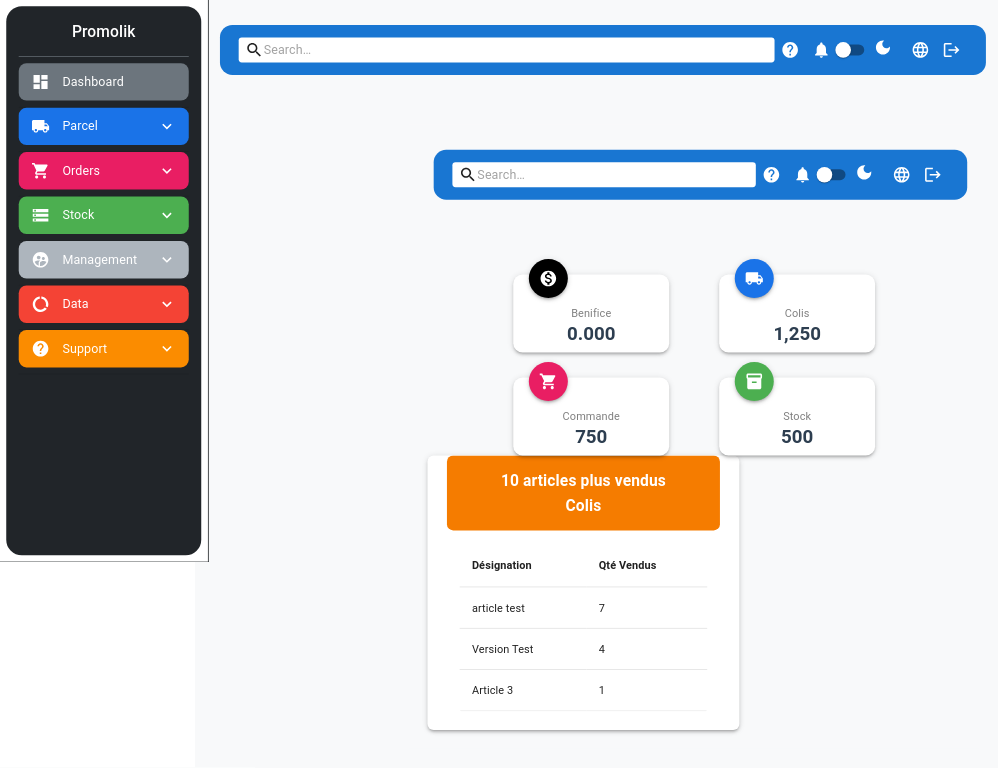
Repository: yosrjdly/stk
Page: /dashboard (app in dashboard/)
An editor plug-in stored every save of this project. The page is shown before and after the next save, followed by the edit.
The browser window is 1280 px wide. The pictures show the whole page, at 78% of full size.
The project was rebuilt for these pictures with package versions that can differ from the ones it lists, and the page was loaded fresh each time. The framework's server and built-in components were replaced by stand-ins that run in the browser. Also part of the build but not shown: dashboard/next.config.ts.

Above is the page before, as saved 2025-02-14 18:16:02.

### dashboard/src/app/dashboard/Layout.tsx
"use client";

import { Box, CssBaseline, Toolbar } from "@mui/material";
import Sidebar from "../../componenets/sidebar/SideBar";
import Navbar from "../../componenets/navbar/Navbar"; // Assuming you have a Navbar component
import { ReactNode } from "react";

interface LayoutProps {
  children: ReactNode;
}

export default function Layout({ children }: LayoutProps) {
  return (
    <Box sx={{ display: "flex" }}>
      <CssBaseline />

      {/* Sidebar (Permanent) */}
      <Sidebar />

      {/* Main Content Area */}
      <Box
        component="main"
        sx={{

          flexGrow: 1,
          p: 3,
          width: `calc(100% - 250px)`, // Adjusting main content width to fit sidebar
          backgroundColor: "#f8f9fa",
          minHeight: "100vh",
        }}
      >
        {/* Navbar */}
        <Navbar />

        {/* Page Content */}
        <Toolbar /> {/* Keeps content from being hidden behind Navbar */}
        {children}
      </Box>
    </Box>
  );
}

### dashboard/src/app/dashboard/page.tsx
import DashboardStats from "@/componenets/cards/smallCard/StatisticCard";
import Layout from "../dashboard/Layout";
import TopSellingCard from "@/componenets/cards/mediumCard/TopSellingCard";

export default function DashboardHome() {
  return (
    <Layout>
    <DashboardStats/>
    <TopSellingCard/>
    </Layout>
  );
}

### dashboard/src/componenets/sidebar/SideBar.tsx
"use client";

import { useState } from "react";
import { useRouter, usePathname } from "next/navigation";
import {
  Drawer,
  List,
  ListItemButton,
  ListItemText,
  Collapse,
  Divider,
  Typography,
  Box,
  IconButton,
} from "@mui/material";
import { ExpandLess, ExpandMore, Brightness4, Brightness7 } from "@mui/icons-material";
import DashboardIcon from '@mui/icons-material/Dashboard';
import LocalShippingIcon from '@mui/icons-material/LocalShipping';
import ShoppingCartIcon from '@mui/icons-material/ShoppingCart';
import StorageIcon from '@mui/icons-material/Storage';
import SupervisedUserCircleIcon from '@mui/icons-material/SupervisedUserCircle';
import DataUsageIcon from '@mui/icons-material/DataUsage';
import HelpIcon from '@mui/icons-material/Help';

const menuItems = [
  {
    title: "Dashboard",
    path: "/dashboard",
    color: "#6c757d",
    icon: <DashboardIcon />,
  },
  {
    title: "Parcel",
    subItems: [
      { title: "Exchange List", path: "/dashboard/parcel/exchangeList" },
      { title: "Exchange Return", path: "/dashboard/parcel/exchangeReturn" },
      { title: "Exchange Creation", path: "/dashboard/parcel/exchangeCreation" },
      { title: "Package Creation", path: "/dashboard/parcel/packageCreation" },
      { title: "Package Edit", path: "/dashboard/parcel/packageEdit" },
      { title: "Package List", path: "/dashboard/parcel/packageList" },
      { title: "Parcel Return", path: "/dashboard/parcel/parcelReturn" },
    ],
    color: "#1a73e8",
    icon: <LocalShippingIcon />,
  },
  {
    title: "Orders",
    subItems: [
      { title: "Cash Sale", path: "/dashboard/orders/cashSale" },
      { title: "Orders", path: "/dashboard/orders/orders" },
    ],
    color: "#e91e63",
    icon: <ShoppingCartIcon />,
  },
  {
    title: "Stock",
    subItems: [
      { title: "Add Article", path: "/dashboard/stock/addArticle" },
      { title: "Entred Stock", path: "/dashboard/stock/entredStock" },
      { title: "Notification", path: "/dashboard/stock/notification" },
      { title: "Stock", path: "/dashboard/stock/stock" },
    ],
    color: "#4caf50",
    icon: <StorageIcon />,
  },
  {
    title: "Management",
    subItems: [
      { title: "Delivery Company", path: "/manegement/deliveryCompany" },
      { title: "Profile", path: "/dashboard/management/profile" },
      { title: "Profit", path: "/dashboard/management/profit" },
      { title: "Spending", path: "/dashboard/management/spending" },
      { title: "User", path: "/dashboard/management/user" },
    ],
    color: "#adb5bd",
    icon: <SupervisedUserCircleIcon />,
  },
  {
    title: "Data",
    subItems: [
      { title: "Archived Parcel", path: "/dashboard/data/archivedParcel" },
      { title: "Command Deleted", path: "/dashboard/data/commandDeleted" },
      { title: "Deleted Parcel", path: "/dashboard/data/deletedParcel" },
      { title: "Inventory Removed", path: "/dashboard/data/inventoryRemoved" },
    ],
    color: "#f44335",
    icon: <DataUsageIcon />,
  },
  {
    title: "Support",
    subItems: [
      { title: "About Us", path: "/dashboard/support/aboutUs" },
      { title: "Claims", path: "/dashboard/support/claims" },
      { title: "User Guide", path: "/dashboard/support/userGuide" },
    ],
    color: "#fb8c00",
    icon: <HelpIcon />,
  },
];

export default function Sidebar() {
  const router = useRouter();
  const pathname = usePathname();
  const [openSections, setOpenSections] = useState<Record<string, boolean>>({});

  const toggleSection = (title: string) => {
    setOpenSections((prev) => ({
      ...prev,
      [title]: !prev[title],
    }));
  };

  return (
    <Drawer variant="permanent" sx={{ width: 250, flexShrink: 0, marginTop: 2 }}>
      <Box sx={{ height: "100%", width: 250, padding: 2, backgroundColor: "#212529", borderRadius: 5, margin: 1 }}>
        <Typography variant="h6" sx={{ color: "white", textAlign: "center", mb: 2 }}>
          Promolik
        </Typography>
        <Divider sx={{ backgroundColor: "#6c757d" }} />
        <List>
          {menuItems.map((item, index) => {
            const isParentActive = item.subItems?.some((subItem) => pathname === subItem.path);

            return (
              <div key={index}>
                {item.subItems ? (
                  <>
                    <ListItemButton
                      sx={{
                        backgroundColor: item.color,
                        borderRadius: "10px",
                        marginBottom: 1,
                        color: "white",
                      }}
                      onClick={() => toggleSection(item.title)}
                    >
                      {item.icon}
                      <ListItemText primary={item.title} sx={{ ml: 2 }} />
                      {openSections[item.title] ? <ExpandLess /> : <ExpandMore />}
                    </ListItemButton>
                    <Collapse in={openSections[item.title]} timeout="auto" unmountOnExit>
                      <List component="div" disablePadding>
                        {item.subItems.map((subItem, subIndex) => (
                          <ListItemButton
                            key={subIndex}
                            sx={{
                              pl: 4,
                              backgroundColor: pathname === subItem.path ? item.color : "transparent",
                              borderRadius: pathname === subItem.path ? "10px" : "0px",
                              marginBottom: 1,
                              color: pathname === subItem.path ? "white" : "#ccc",
                            }}
                            onClick={() => router.push(subItem.path)}
                          >
                            <ListItemText primary={subItem.title} />
                          </ListItemButton>
                        ))}
                      </List>
                    </Collapse>
                  </>
                ) : (
                  <ListItemButton
                    sx={{
                      backgroundColor: pathname === item.path ? item.color : "transparent",
                      borderRadius: pathname === item.path ? "10px" : "0px",
                      marginBottom: 1,
                      color: pathname === item.path ? "white" : "#ccc",
                    }}
                    onClick={() => router.push(item.path)}
                  >
                    {item.icon}
                    <ListItemText primary={item.title} sx={{ ml: 2 }} />
                  </ListItemButton>
                )}
                <Divider />
              </div>
            );
          })}
        </List>
      </Box>
    </Drawer>
  );
}

### dashboard/src/componenets/navbar/Navbar.tsx
'use client';

import React, { useState } from 'react';
import { AppBar, Toolbar, IconButton, InputBase, Menu, MenuItem, Switch, FormControlLabel } from '@mui/material';
import { Search as SearchIcon, Help as HelpIcon, Notifications as NotificationsIcon, Language as LanguageIcon, Logout as LogoutIcon, DarkMode as DarkModeIcon } from '@mui/icons-material';
import { useTheme } from '@mui/material/styles';

const Navbar = () => {
  const [anchorEl, setAnchorEl] = useState(null);
  const [themeMode, setThemeMode] = useState(false); // Dark mode state

  const theme = useTheme();

  const handleMenuOpen = (event) => {
    setAnchorEl(event.currentTarget);
  };

  const handleMenuClose = () => {
    setAnchorEl(null);
  };

  const toggleTheme = () => {
    setThemeMode((prev) => !prev);
    // You can add a theme switcher logic here (like changing the theme color)
  };

  return (
    <AppBar
      position="sticky"
      sx={{
        mx: 1,
        mt: 1,
        borderRadius: '16px',
        boxShadow: 'none',
        backdropFilter: 'blur(10ppx',
        zIndex: 1200,
      }}
    >
      <Toolbar>
        {/* Search Bar */}
        <InputBase
          placeholder="Search…"
          startAdornment={<SearchIcon />}
          sx={{ flexGrow: 1, backgroundColor: theme.palette.background.default, borderRadius: '4px', paddingLeft: '8px' }}
        />

        {/* Help Icon */}
        <IconButton color="inherit" onClick={handleMenuOpen}>
          <HelpIcon />
        </IconButton>

        {/* Notifications Icon */}
        <IconButton color="inherit">
          <NotificationsIcon />
        </IconButton>

        {/* Theme Switch */}
        <FormControlLabel
          control={<Switch checked={themeMode} onChange={toggleTheme} />}
          label={<DarkModeIcon />}
        />

        {/* Language Icon */}
        <IconButton color="inherit">
          <LanguageIcon />
        </IconButton>

        {/* Logout Icon */}
        <IconButton color="inherit">
          <LogoutIcon />
        </IconButton>
      </Toolbar>

      {/* Help Icon Menu */}
      <Menu
        anchorEl={anchorEl}
        open={Boolean(anchorEl)}
        onClose={handleMenuClose}
      >
        <MenuItem onClick={handleMenuClose}>Help Center</MenuItem>
        <MenuItem onClick={handleMenuClose}>Contact Support</MenuItem>
      </Menu>
    </AppBar>
  );
};

export default Navbar;

### dashboard/src/componenets/cards/smallCard/StatisticCard.tsx
'use client';

import React from 'react';
import { Card, CardContent, Typography, Box } from '@mui/material';
import MonetizationOnIcon from '@mui/icons-material/MonetizationOn';
import LocalShippingIcon from '@mui/icons-material/LocalShipping';
import ShoppingCartIcon from '@mui/icons-material/ShoppingCart';
import InventoryIcon from '@mui/icons-material/Inventory';

const StatisticCard = ({
  title,
  value,
  icon,
  bgColor,
}: {
  title: string;
  value: string;
  icon: React.ReactNode;
  bgColor: string;
}) => {
  return (
    <Box sx={{ position: 'relative', display: 'inline-block', mx: 2 }}>
      {/* Floating Icon */}
      <Box
        sx={{
          position: 'absolute',
          top: -20,
          left: 20,
          width: 50,
          height: 50,
          borderRadius: '50%',
          backgroundColor: bgColor,
          display: 'flex',
          alignItems: 'center',
          justifyContent: 'center',
          boxShadow: 3,
        }}
      >
        {icon}
      </Box>

      {/* Card */}
      <Card
        sx={{
          width: 200,
          height: 100,
          borderRadius: 3,
          textAlign: 'center',
          boxShadow: 3,
          backgroundColor: 'white',
          pt: 3,
        }}
      >
        <CardContent>
          <Typography variant="body2" sx={{ color: 'gray' }}>
            {title}
          </Typography>
          <Typography variant="h5" sx={{ fontWeight: 'bold', color: '#2D3E50' }}>
            {value}
          </Typography>
        </CardContent>
      </Card>
    </Box>
  );
};

const DashboardStats = () => {
  const stats = [
    { title: 'Benifice', value: '0.000', icon: <MonetizationOnIcon sx={{ color: 'white' }} />, bgColor: 'black' },
    { title: 'Colis', value: '1,250', icon: <LocalShippingIcon sx={{ color: 'white' }} />, bgColor: '#1a73e8' },
    { title: 'Commande', value: '750', icon: <ShoppingCartIcon sx={{ color: 'white' }} />, bgColor: '#e91e63' },
    { title: 'Stock', value: '500', icon: <InventoryIcon sx={{ color: 'white' }} />, bgColor: '#4caf50' },
  ];

  return (
    <Box display="flex" justifyContent="center" gap={4} flexWrap="wrap" mt={4}>
      {stats.map((stat, index) => (
        <StatisticCard key={index} title={stat.title} value={stat.value} icon={stat.icon} bgColor={stat.bgColor} />
      ))}
    </Box>
  );
};

export default DashboardStats;

### dashboard/src/componenets/cards/mediumCard/TopSellingCard.tsx
"use client";

import { Card, CardContent, Typography, Table, TableBody, TableCell, TableContainer, TableHead, TableRow, Paper, Box } from "@mui/material";

const data = [
  { name: "article test", quantity: 7 },
  { name: "Version Test", quantity: 4 },
  { name: "Article 3", quantity: 1 },
];

const TopSellingCard = () => {
  return (
    <Card sx={{ width: 400, borderRadius: 2, boxShadow: 3, overflow: "hidden", display: "flex", flexDirection: "column", alignItems: "center", justifyContent: "center" }}>
      <CardContent sx={{ backgroundColor: "#f57c00", color: "white", textAlign: "center", padding: 2, width: 350 ,borderRadius: 2 }}>
        <Typography variant="h6" fontWeight="bold">
          10 articles plus vendus
        </Typography>
        <Typography variant="h6" fontWeight="bold">
          Colis
        </Typography>
      </CardContent>
      <CardContent sx={{ width: 350 }}>
        <TableContainer component={Paper} elevation={0} sx={{ boxShadow: "none" }}>
          <Table>
            <TableHead>
              <TableRow>
                <TableCell sx={{ fontWeight: "bold" }}>Désignation</TableCell>
                <TableCell sx={{ fontWeight: "bold" }}>Qté Vendus</TableCell>
              </TableRow>
            </TableHead>
            <TableBody>
              {data.map((item, index) => (
                <TableRow key={index}>
                  <TableCell>{item.name}</TableCell>
                  <TableCell>{item.quantity}</TableCell>
                </TableRow>
              ))}
            </TableBody>
          </Table>
        </TableContainer>
      </CardContent>
    </Card>
  );
};

export default TopSellingCard;

Loaded but not shown: dashboard/src/app/layout.tsx (common file); dashboard/src/app/globals.css (common file)

After the next save:
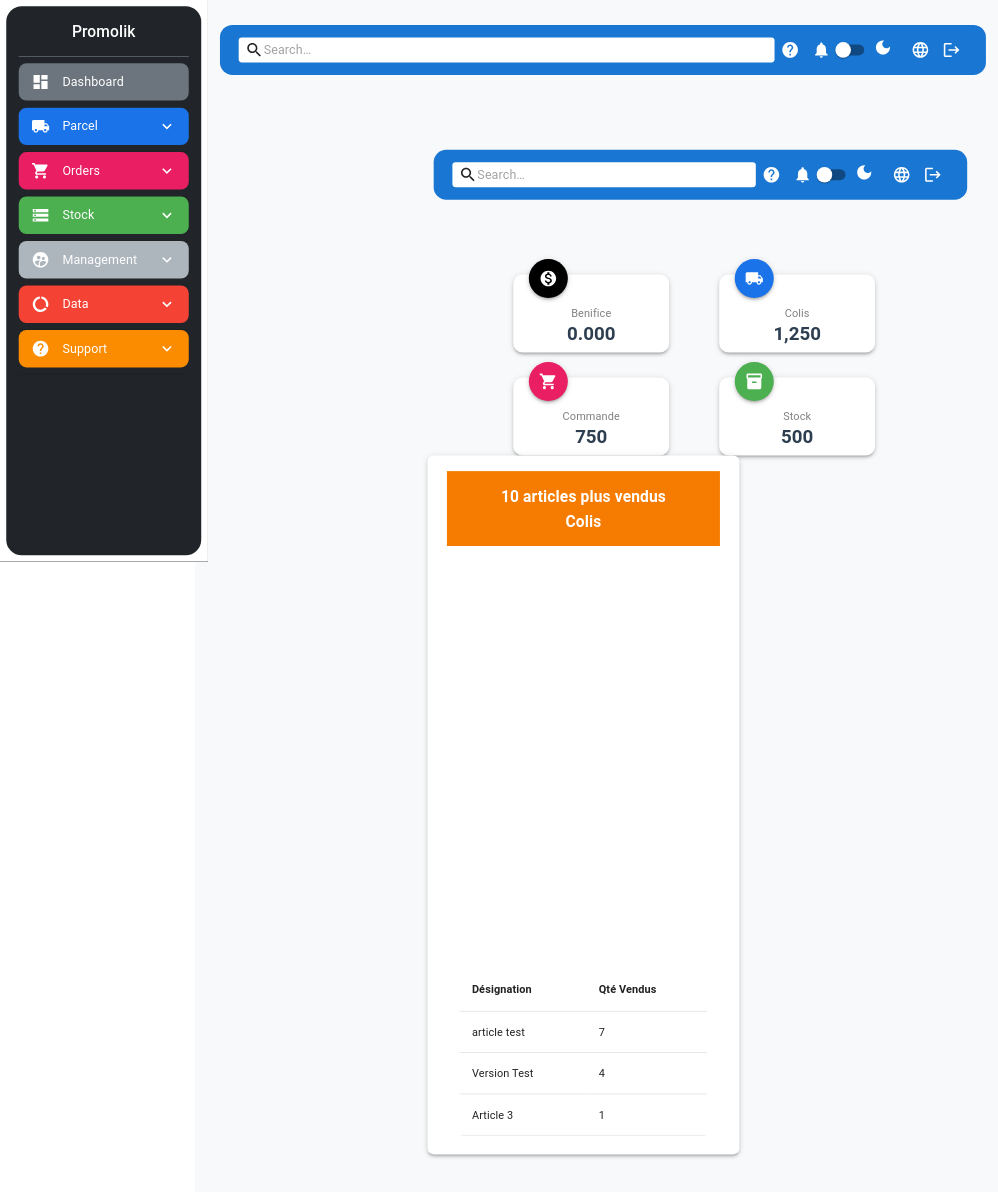
Saved 59 s later.
--- a/dashboard/src/componenets/cards/mediumCard/TopSellingCard.tsx
+++ b/dashboard/src/componenets/cards/mediumCard/TopSellingCard.tsx
@@ -10,8 +10,8 @@ const data = [
 
 const TopSellingCard = () => {
   return (
-    <Card sx={{ width: 400, borderRadius: 2, boxShadow: 3, overflow: "hidden", display: "flex", flexDirection: "column", alignItems: "center", justifyContent: "center" }}>
-      <CardContent sx={{ backgroundColor: "#f57c00", color: "white", textAlign: "center", padding: 2, width: 350 ,borderRadius: 2 }}>
+    <Card sx={{ width: 400, borderRadius: 2, boxShadow: 3, overflow: "hidden", display: "flex", flexDirection: "column", alignItems: "center", justifyContent: "center", position: "relative" }}>
+      <CardContent sx={{ backgroundColor: "#f57c00", color: "white", textAlign: "center", padding: 2, width: 350, position: "absolute", top: 20 }}>
         <Typography variant="h6" fontWeight="bold">
           10 articles plus vendus
         </Typography>
@@ -19,7 +19,7 @@ const TopSellingCard = () => {
           Colis
         </Typography>
       </CardContent>
-      <CardContent sx={{ width: 350 }}>
+      <CardContent sx={{ width: 350, marginTop: 80 }}>
         <TableContainer component={Paper} elevation={0} sx={{ boxShadow: "none" }}>
           <Table>
             <TableHead>
